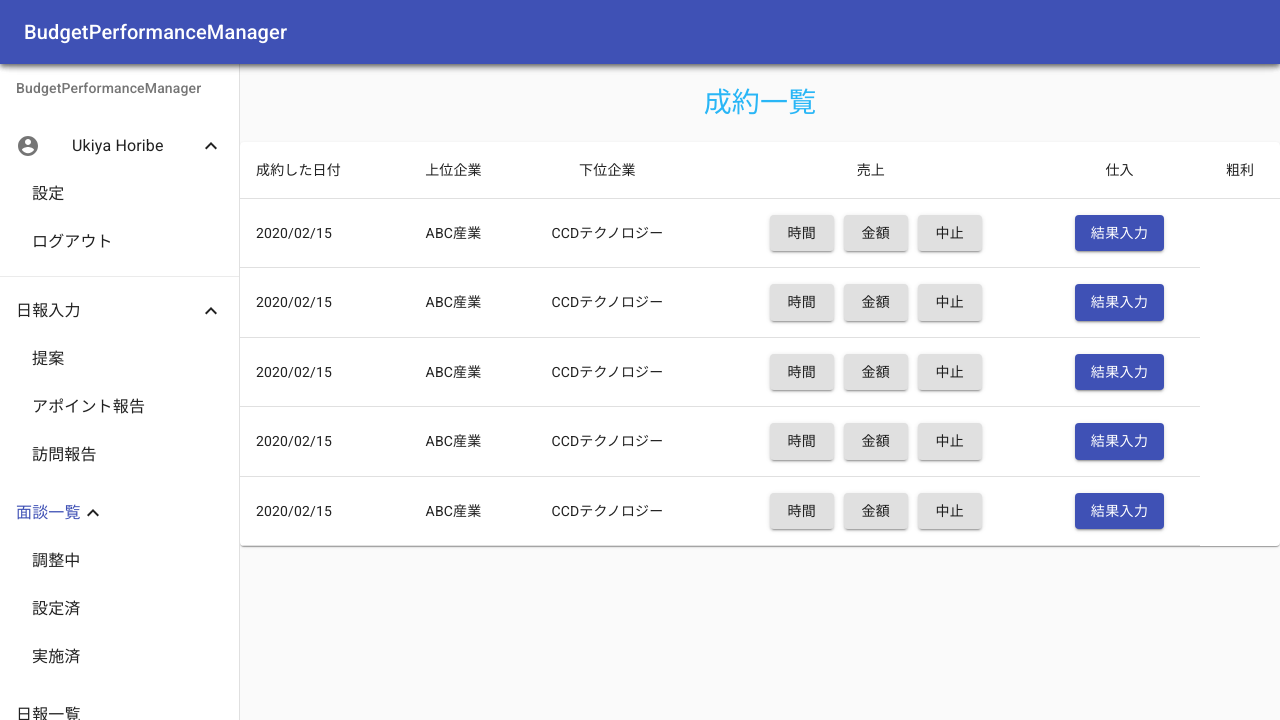
Repository: ukiyah/test
Page: /list_closing (app in src/)
These files come from the project's save history. The page is drawn as it stood at one moment and after the next save; the edit follows.
The browser window is 1280 px wide. The pictures show the whole page.
The project was rebuilt for these pictures with package versions that can differ from the ones it lists, and the page was loaded fresh each time. Also part of the build but not shown: src/proposal/Table.js, src/proposal/list_proposal.js, src/Title.js, src/Chart.js, src/Deposits.js, src/Orders.js, src/Dashboard.js, src/interview/Avatar.js and 2 more.

Above is the page before, as saved 2020-02-25 17:46:57.

After the next save:
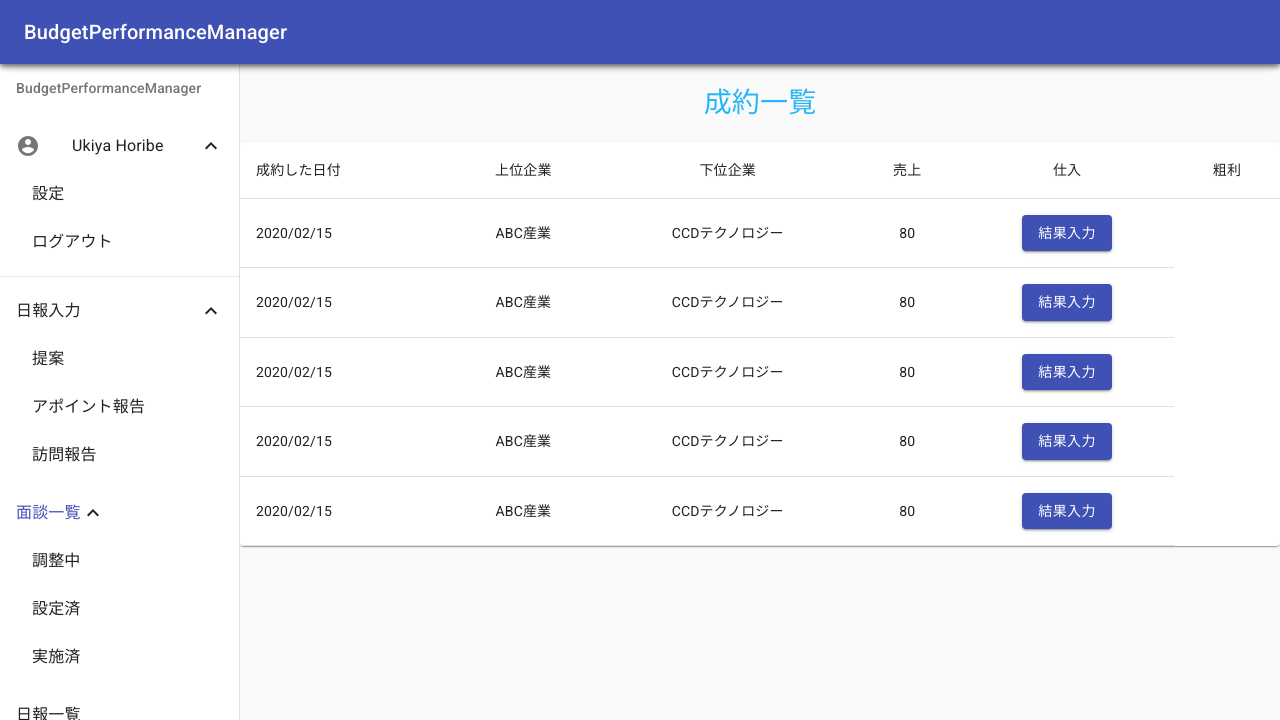
Saved 31 s later.
--- a/src/closing/Table.js
+++ b/src/closing/Table.js
@@ -55,11 +55,7 @@ export default function SimpleTable() {
 
                 <TableCell align="center">{row.upper_side}</TableCell>
                 <TableCell align="center">{row.lower_side}</TableCell>
-                <TableCell align="center">
-                    <Button variant="contained" style={{marginLeft: 10}}>時間</Button>
-                    <Button variant="contained" style={{marginLeft: 10}}>金額</Button>
-                    <Button variant="contained" style={{marginLeft: 10}}>中止</Button>
-                </TableCell>
+                <TableCell align="center">{row.sales}</TableCell>
                 <TableCell align="center">
                   <ContainedButtons name="結果入力"></ContainedButtons>
                 </TableCell>
